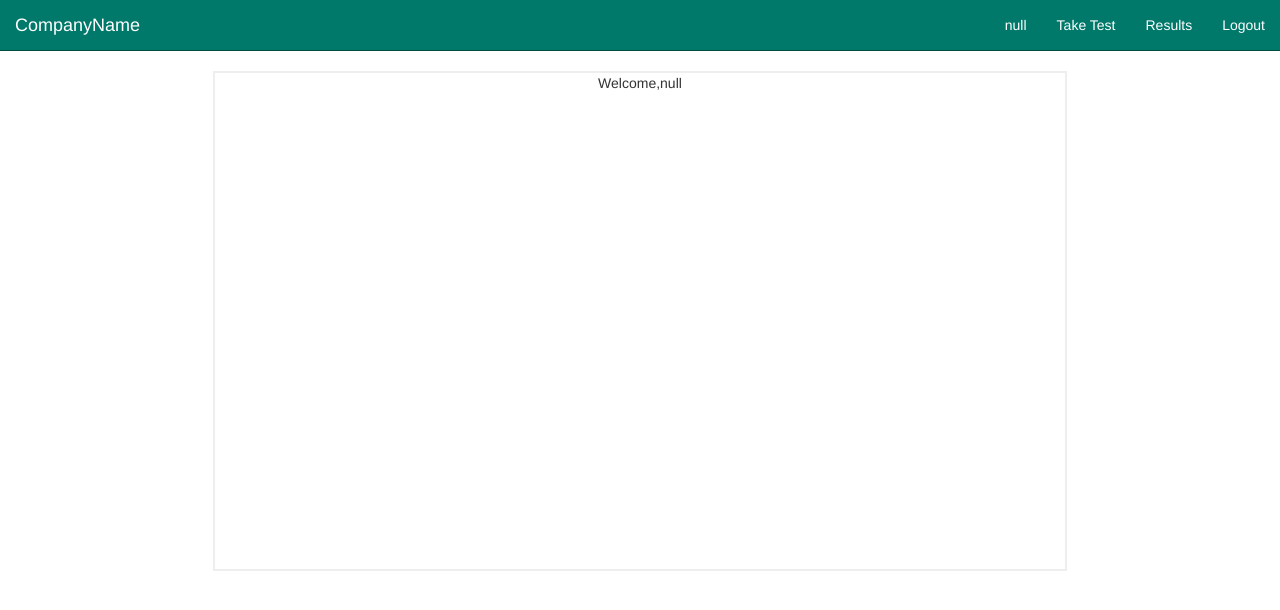
Repository: jayakumar721/projects
Page: http://localhost/TestEngine/dashboard.jsp
An editor plug-in stored every save of this project. The page is shown before and after the next save, followed by the edit.
The browser window is 1280 px wide. The pictures show the whole page.
Some web libraries are served in a nearby version. The page is served by Tomcat 9.

Above is the page before, as saved 2017-11-28 04:02:00.

After the next save:
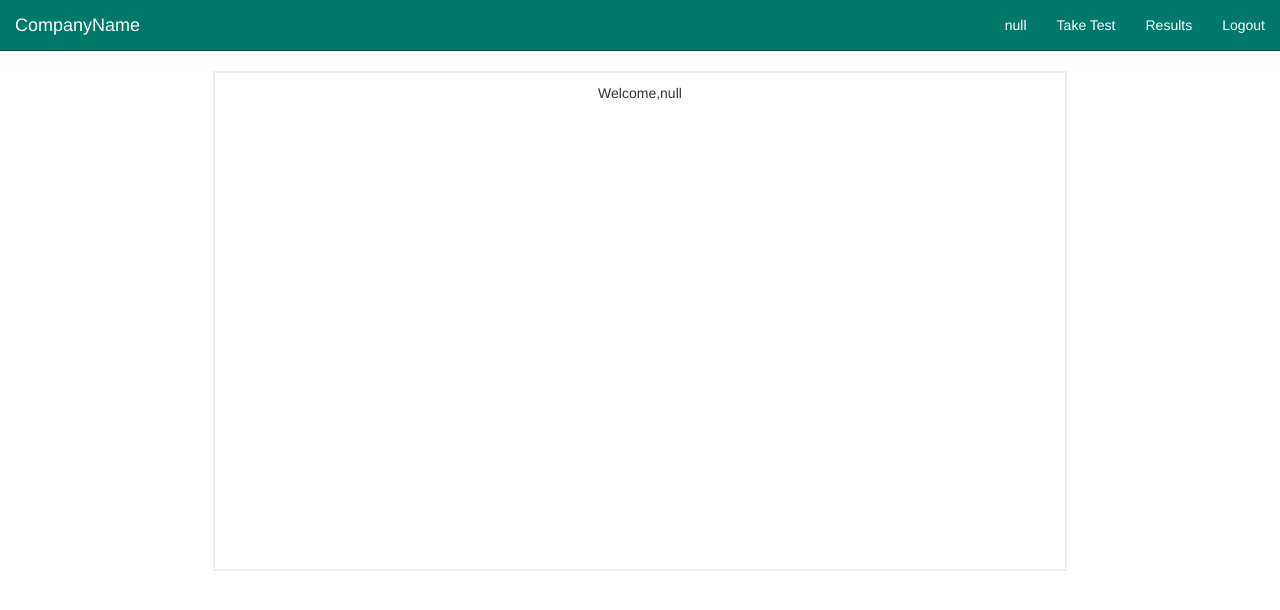
Saved 25 s later.
--- a/TestEngine/WebContent/dashboard.jsp
+++ b/TestEngine/WebContent/dashboard.jsp
@@ -74,7 +74,7 @@ color
 	</div>
 	<div class="col-sm-2"></div>
 	<div class="right col-sm-8">
-		<div style="width:100%;height:20px;text-align:center;">Welcome,<%=session.getAttribute("name") %></div>
+		<div style="width:100%;height:20px;text-align:center;margin-top:10px">Welcome,<%=session.getAttribute("name") %></div>
 
 
 	</div>
